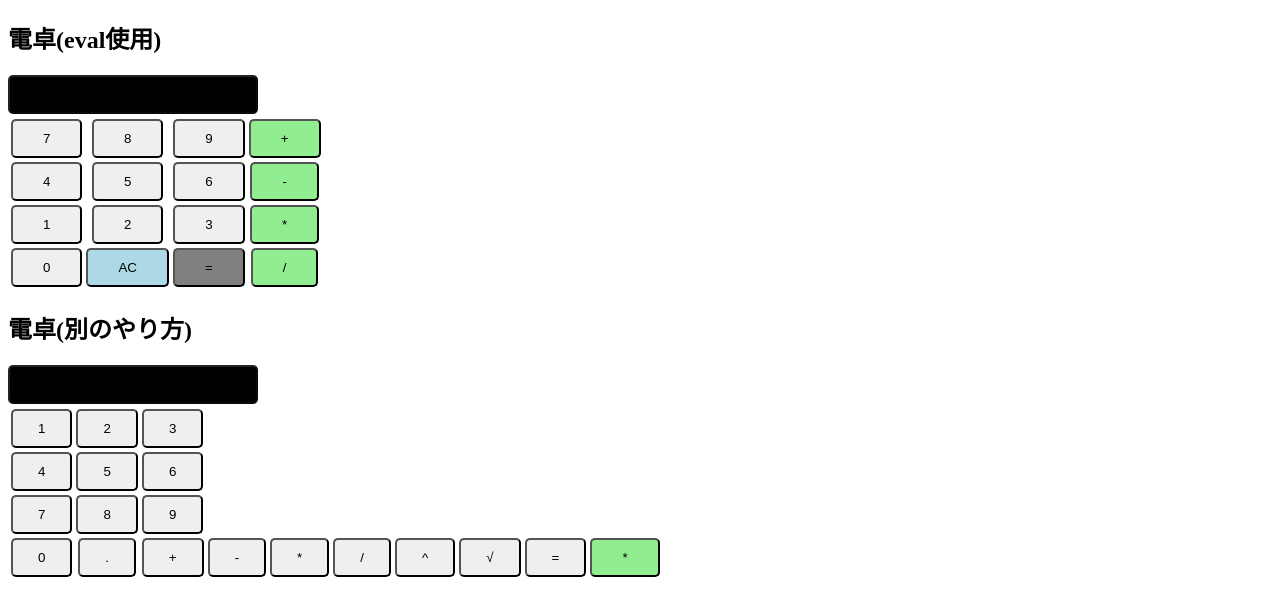
Repository: syokaturyou/potepan
Page: dentaku.html
The author's editor kept a record of every edit. The page is drawn from the files as they stood at one moment, then again after the next edit.
The browser window is 1280 px wide. The pictures show the whole page.

Above is the page before.

After the next edit:
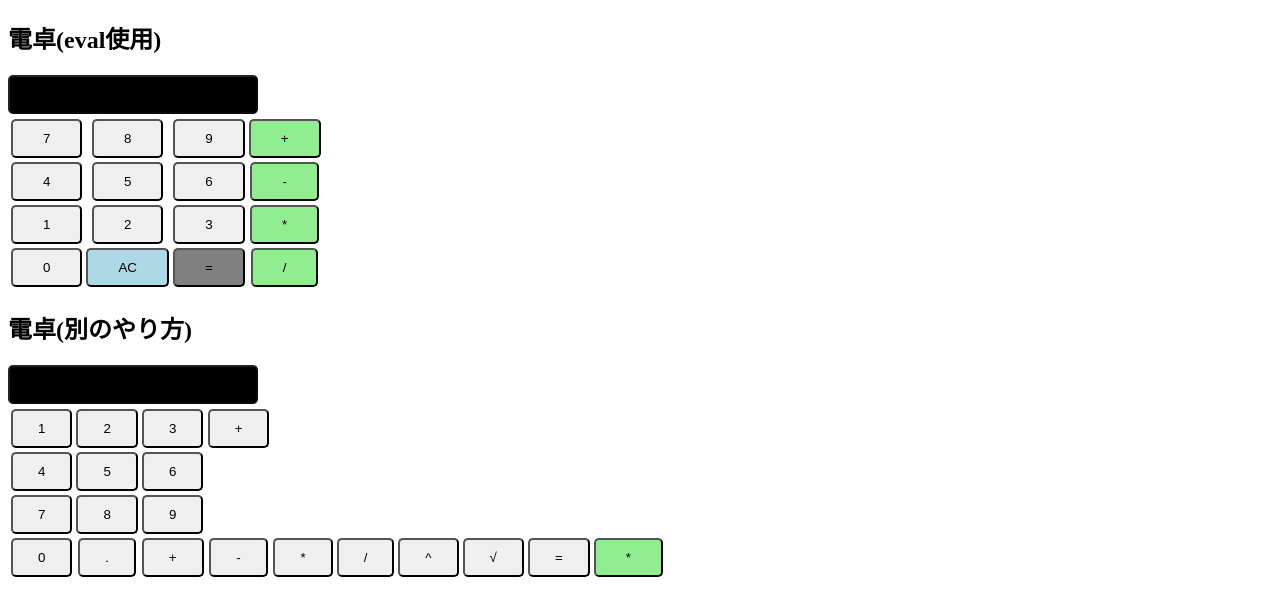
The edit:
--- a/dentaku.html
+++ b/dentaku.html
@@ -57,6 +57,7 @@
             <th><button onclick="append( '1' )" >1</button></th>
             <th><button onclick="append( '2' )" >2</button></th>
             <th><button onclick="append( '3' )" >3</button></th>
+            <th><button onclick="append( '+' )" >+</button></th>
           </tr>
           <tr>
             <th><button onclick="append( '4' )" >4</button></th>
